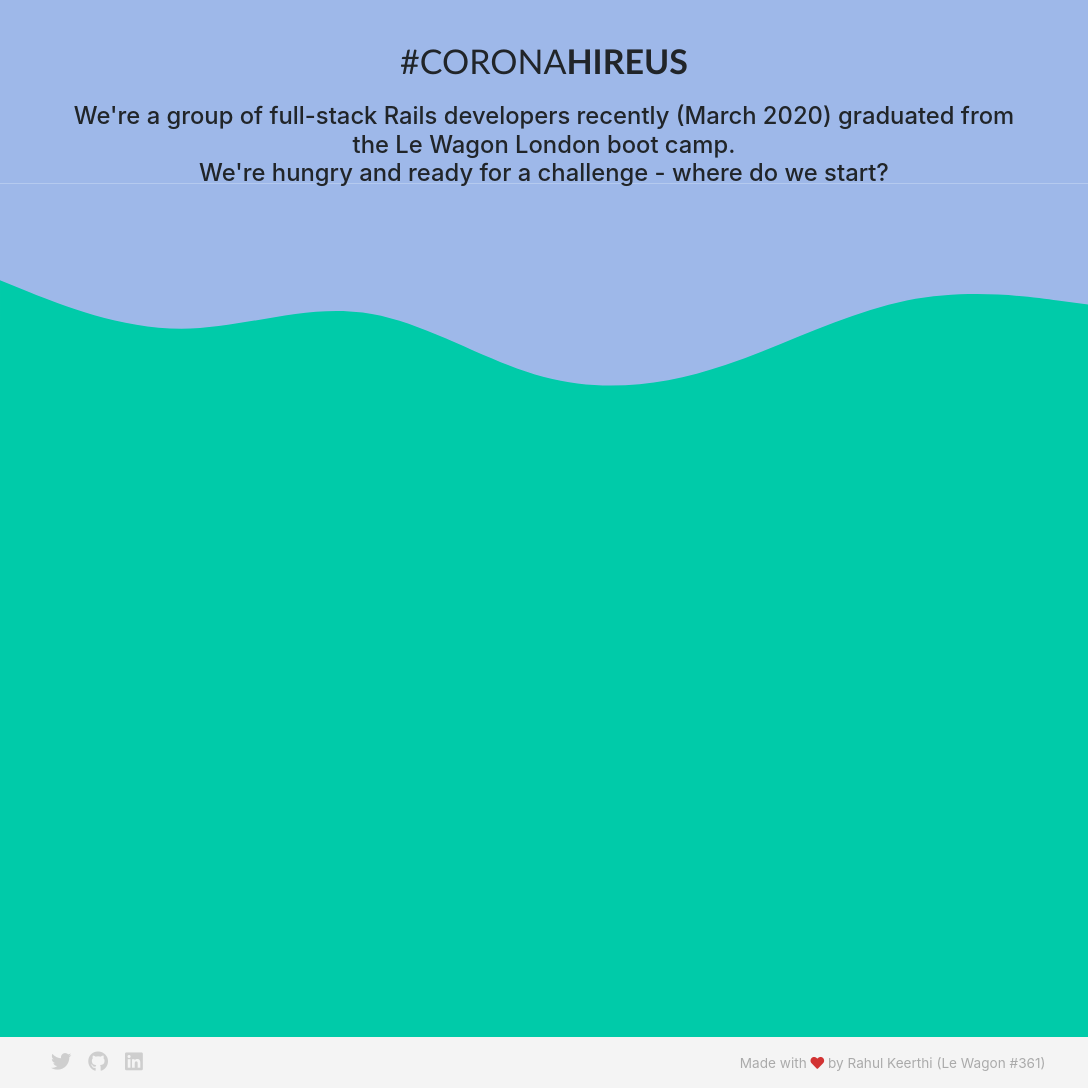
Repository: rahulkeerthi/coronahireus
Page: index.html
The author's editor kept a copy of each file at every save. The page is drawn from the files as they stood at one save, then again after the next save.
The browser window is 1280 px wide. The pictures show the whole page, at 85% of full size.
Some web libraries are served in a nearby version.

Above is the page before, as saved 2020-03-27 23:10:48.

### index.html
<!DOCTYPE html>
<html lang="en">
<head>
    <meta charset="UTF-8">
    <meta name="viewport" content="width=device-width, initial-scale=1.0">
    <meta http-equiv="X-UA-Compatible" content="IE=edge">
    <title>Corona-Hire-Us</title>
    <link rel="stylesheet" href="style.css">
    <script src="main.js" defer></script>
    <link rel="shortcut icon" href="data:[embedded picture, 18 characters]" type="image/x-icon">
    <link rel="stylesheet" href="https://use.fontawesome.com/releases/v5.0.10/css/all.css">
    <link rel="stylesheet" href="https://stackpath.bootstrapcdn.com/bootstrap/4.3.1/css/bootstrap.min.css">
  </head>
<body>
    <div>
        <div class="wrapper">
            <div class="sky text-center">
                <h1 class="pt-5">#CORONA<strong>HIREUS</strong></h1>
                <h3 class="container py-3">We're a group of full-stack Rails developers recently (March 2020) graduated from the Le Wagon London boot camp. <br>We're hungry and ready for a challenge - where do we start?</h3>
            </div>
            <div class="hills">
                <svg xmlns="http://www.w3.org/2000/svg" viewBox="0 0 1440 320"><path fill="#00cba9" fill-opacity="1" d="M0,128L40,144C80,160,160,192,240,192C320,192,400,160,480,170.7C560,181,640,235,720,256C800,277,880,267,960,240C1040,213,1120,171,1200,154.7C1280,139,1360,149,1400,154.7L1440,160L1440,320L1400,320C1360,320,1280,320,1200,320C1120,320,1040,320,960,320C880,320,800,320,720,320C640,320,560,320,480,320C400,320,320,320,240,320C160,320,80,320,40,320L0,320Z"></path></svg>
            </div>
            <div class="field">
            </div>
        </div>
    </div>
    <div class="footer">
        <div class="footer-links">
            <a href="https://twitter.com/CoronaHire"><i class="fab fa-twitter"></i></a>
            <a href="https://github.com/rahulkeerthi/coronahireus"><i class="fab fa-github"></i></a>
            <a href="#"><i class="fab fa-linkedin"></i></a>
        </div>
        <div class="footer-copyright">
          Made with <i class="fas fa-heart"></i> by Rahul Keerthi (Le Wagon #361)
        </div>
      </div>
</body>
</html>

### style.css
body p {
    font-family: 'Lucida Sans', 'Lucida Sans Regular', 'Lucida Grande', 'Lucida Sans Unicode', Geneva, Verdana, sans-serif;
}

body h1 {
    font-family: 'Gill Sans', 'Gill Sans MT', Calibri, 'Trebuchet MS', sans-serif;
}

body h2 {

}

.wrapper {
    /* position: relative; */
}

.sky {
    background-color: #9eb8e9;
    height: 30vh;
}

.hills {
    background-color: #9eb8e9;
}

.field {
    background-color: #00cba9;
    height: 100vh;
}

/* FOOTER, BASED ON LE WAGON UI KIT */

.footer {
    background: #F4F4F4;
    display: flex;
    align-items: center;
    justify-content: space-between;
    height: 60px;
    padding: 0px 50px;
    color: rgba(0,0,0,0.3);
  }
  .footer-links {
    display: flex;
    align-items: center;
  }
  .footer-links a {
    color: black;
    opacity: 0.15;
    text-decoration: none;
    font-size: 24px;
    padding: 0px 10px;
  }
  .footer-links a:hover {
    color: #016151;
    opacity: 1;
  }
  .footer .fa-heart {
    color: #D23333;
  }

Loaded but not shown: main.js (no copy from this time; the picture is the same without it)

After the next save:
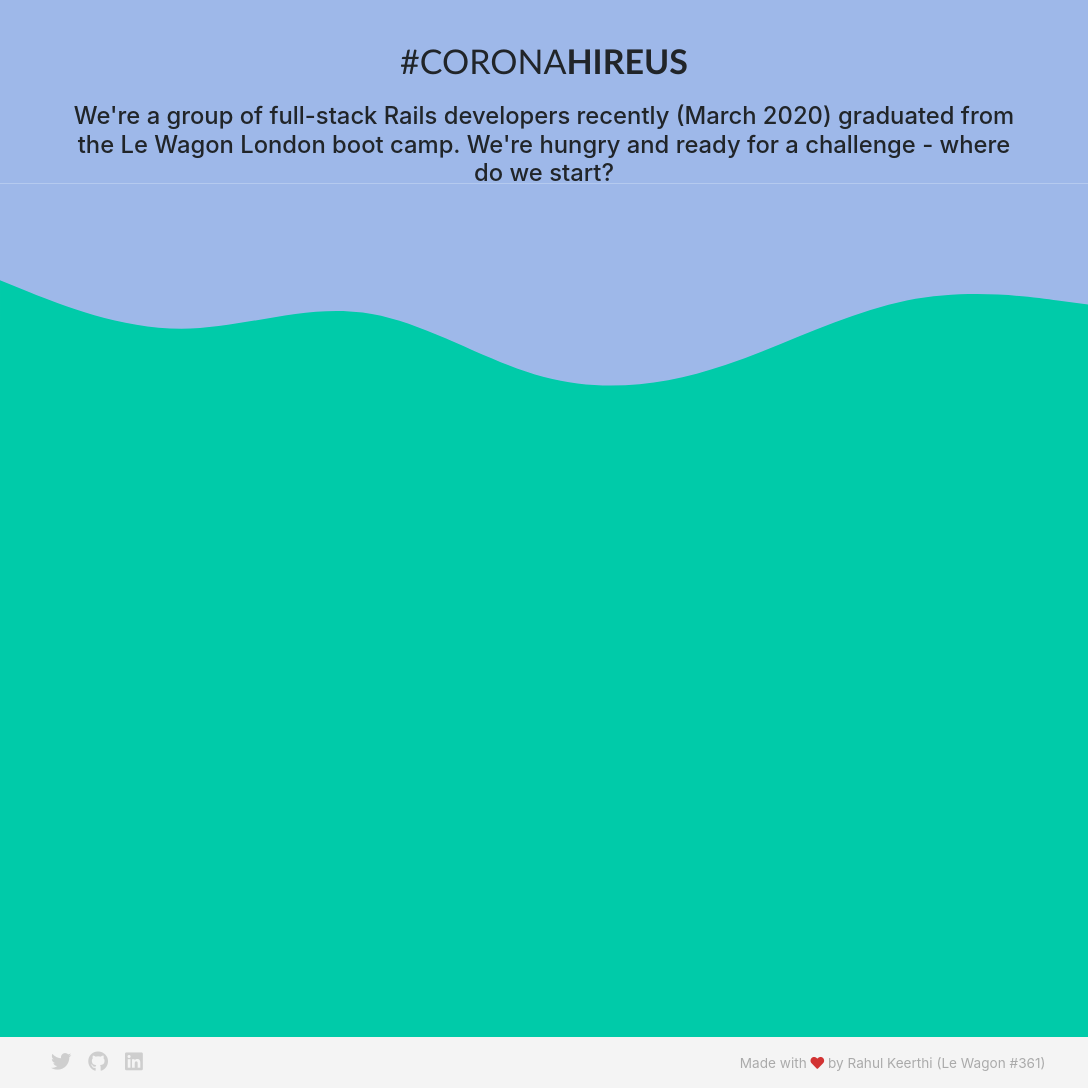
Saved 5 s later.
--- a/index.html
+++ b/index.html
@@ -16,7 +16,7 @@
         <div class="wrapper">
             <div class="sky text-center">
                 <h1 class="pt-5">#CORONA<strong>HIREUS</strong></h1>
-                <h3 class="container py-3">We're a group of full-stack Rails developers recently (March 2020) graduated from the Le Wagon London boot camp. <br>We're hungry and ready for a challenge - where do we start?</h3>
+                <h3 class="container py-3">We're a group of full-stack Rails developers recently (March 2020) graduated from the Le Wagon London boot camp. We're hungry and ready for a challenge - where do we start?</h3>
             </div>
             <div class="hills">
                 <svg xmlns="http://www.w3.org/2000/svg" viewBox="0 0 1440 320"><path fill="#00cba9" fill-opacity="1" d="M0,128L40,144C80,160,160,192,240,192C320,192,400,160,480,170.7C560,181,640,235,720,256C800,277,880,267,960,240C1040,213,1120,171,1200,154.7C1280,139,1360,149,1400,154.7L1440,160L1440,320L1400,320C1360,320,1280,320,1200,320C1120,320,1040,320,960,320C880,320,800,320,720,320C640,320,560,320,480,320C400,320,320,320,240,320C160,320,80,320,40,320L0,320Z"></path></svg>
